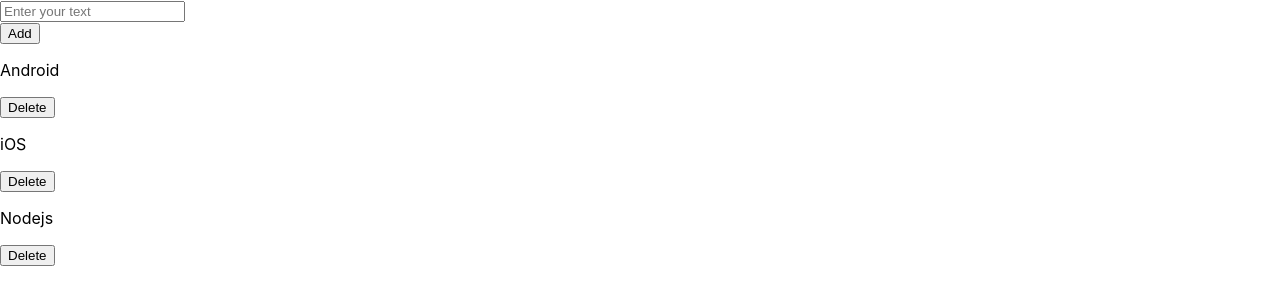
Repository: vuvuongvi/redux-tutorial
Page: / (app in redux-helloword/)
An editor plug-in stored every save of this project. The page is shown before and after a run of saves, followed by the edit.
The browser window is 1280 px wide. The pictures show the whole page.
The project was rebuilt for these pictures with package versions that can differ from the ones it lists, and the page was loaded fresh each time.

Above is the page before, as saved 2020-03-25 08:23:27.

After the next 3 saves:
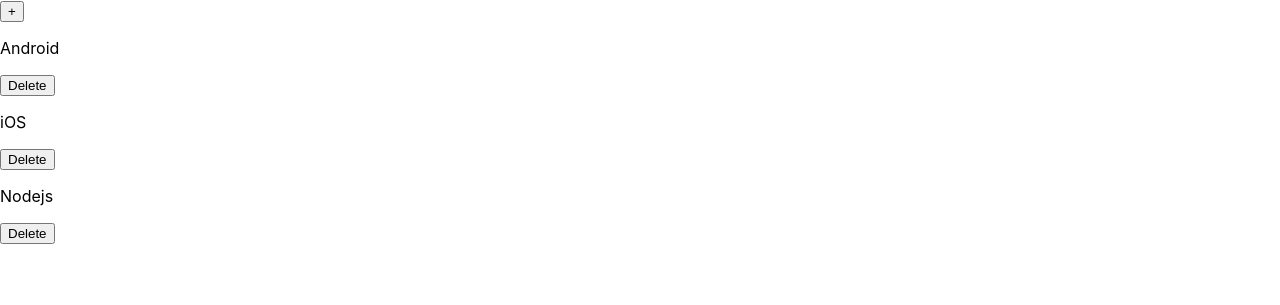
The 3 saves are shown as one change because 2 did not build or start.
The last was saved 2 min 22 s later.
--- a/redux-helloword/src/components/NoteForm.js
+++ b/redux-helloword/src/components/NoteForm.js
@@ -10,13 +10,16 @@ class NoteForm extends React.Component {
         this.refs.txt.value = '';
     }
     render() {
-        return (
-            <form onSubmit={this.handleSubmit.bind(this)}>
-                <input type="text" placeholder="Enter your text" ref="txt"></input>
-                <br></br>
-                <button>Add</button>
-            </form>
-        )
+        if(this.state.isAdding) {
+            return (
+                <form onSubmit={this.handleSubmit.bind(this)}>
+                    <input type="text" placeholder="Enter your text" ref="txt"></input>
+                    <br></br>
+                    <button>Add</button>
+                </form>
+            )
+        }
+        return <button>+</button>
     }
 }
 export default NoteForm;
